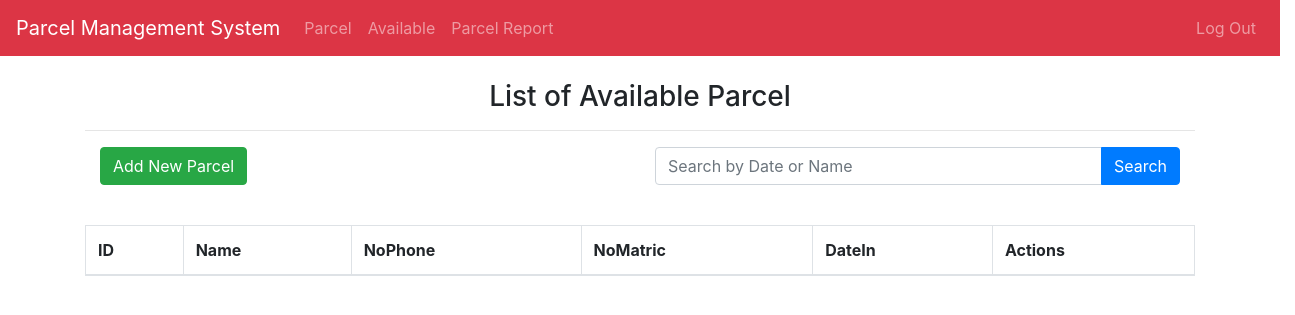
Repository: fikriupm/ParcelManagement_CBSEProject
Page: http://localhost/ParcelManagementSystem/available
The author's editor kept a copy of each file at every save. The page is drawn from the files as they stood at one save, then again after the next save.
The browser window is 1280 px wide. The page is 1295 px wide, so the pictures cover 1295 px, including what lies to the right of the window. The pictures show the whole page.
The page is served by Tomcat 9. Queries for data that is not in the repository find no rows.

Above is the page before, as saved 2023-06-21 08:54:56.

After the next save:
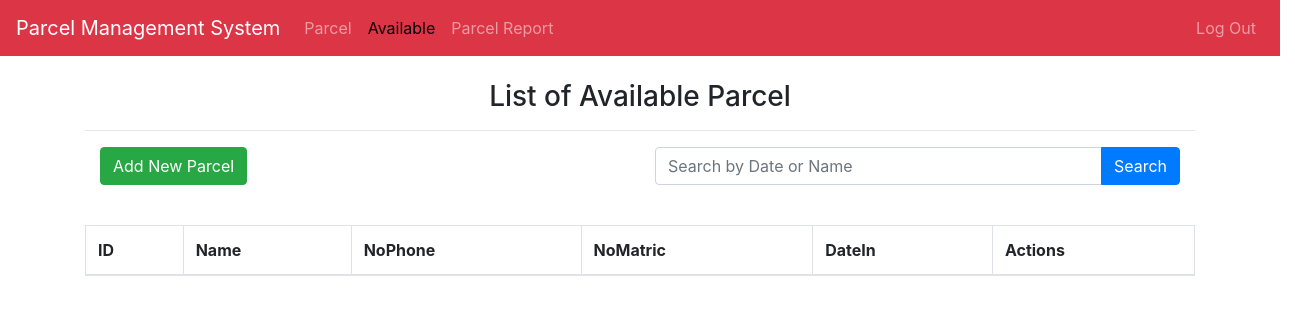
Saved 13 s later.
--- a/ParcelManagementSystem/src/main/webapp/available-list.jsp
+++ b/ParcelManagementSystem/src/main/webapp/available-list.jsp
@@ -23,7 +23,7 @@
             <a href="<%=request.getContextPath()%>/list" class="nav-link">Parcel</a>
         </li>
         <li class="nav-item">
-            <a href="<%=request.getContextPath()%>/available" class="nav-link">Available</a>
+            <a href="<%=request.getContextPath()%>/available" class="nav-link" style="color: black;">Available</a>
         </li>
         <li class="nav-item">
             <a href="<%=request.getContextPath()%>/report" class="nav-link">Parcel Report</a>
